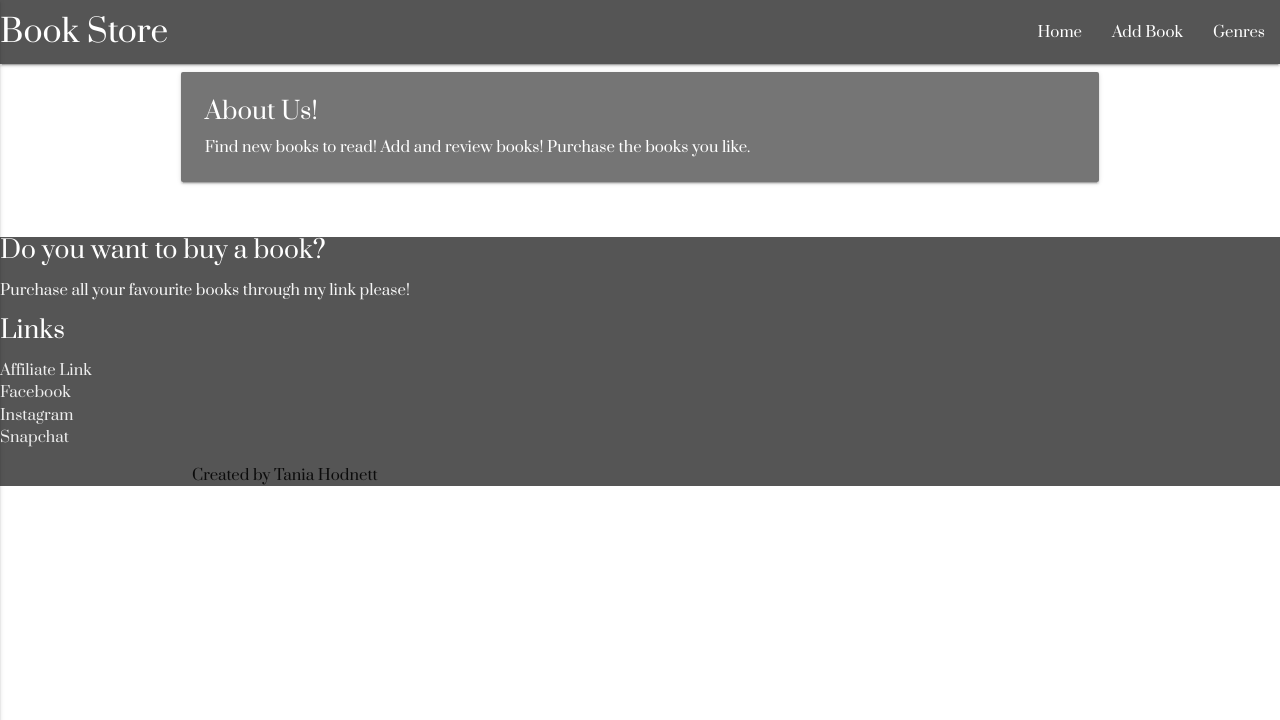
Repository: thodnett/book-store
Page: http://localhost/
The author's editor kept a record of every edit. The page is drawn from the files as they stood at one moment, then again after the next edit.
The browser window is 1280 px wide. The pictures show the whole page.
Some web libraries are served in a nearby version. The page is served by the project's application, run on Flask 3 (app.py). Queries for data that is not in the repository find no rows.

Above is the page before.

After the next edit:
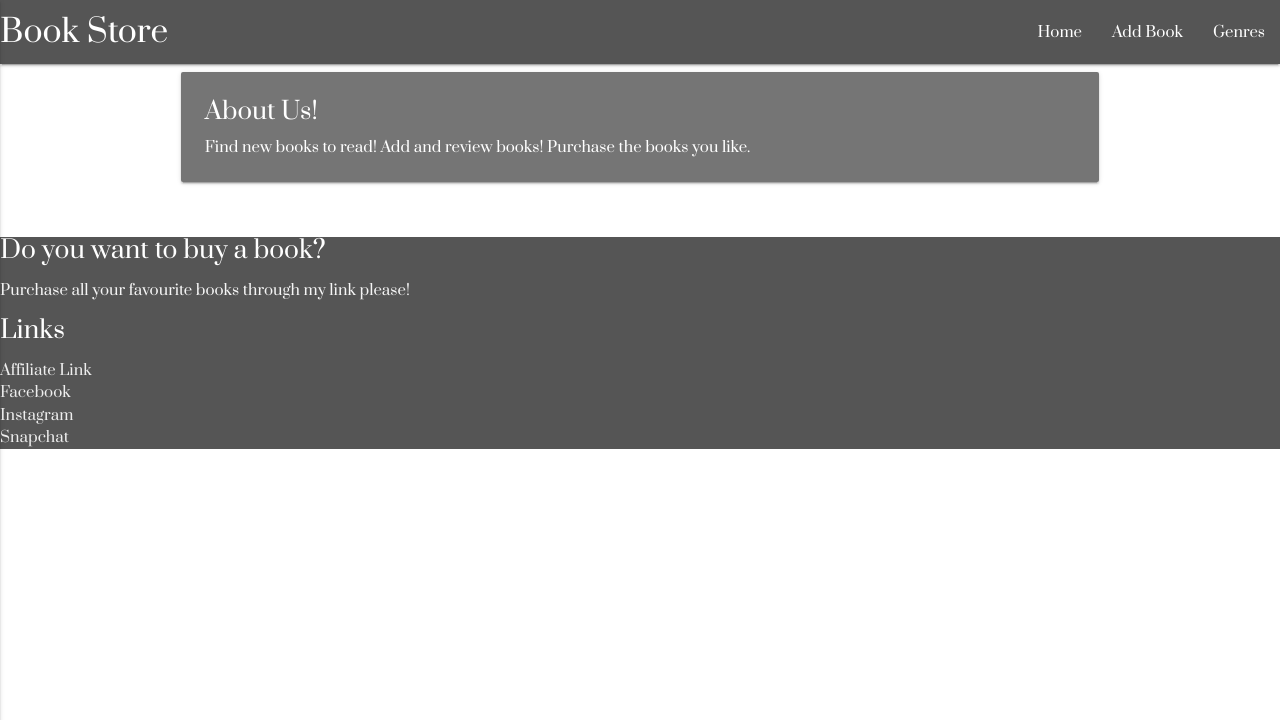
The edit:
--- a/templates/base.html
+++ b/templates/base.html
@@ -60,11 +60,6 @@
               </div>
             </div>
           </div>
-          <div class="footer-copyright">
-            <div class="container">
-            Created by Tania Hodnett
-            </div>
-          </div>
         </footer>
 </body>
 </html>
